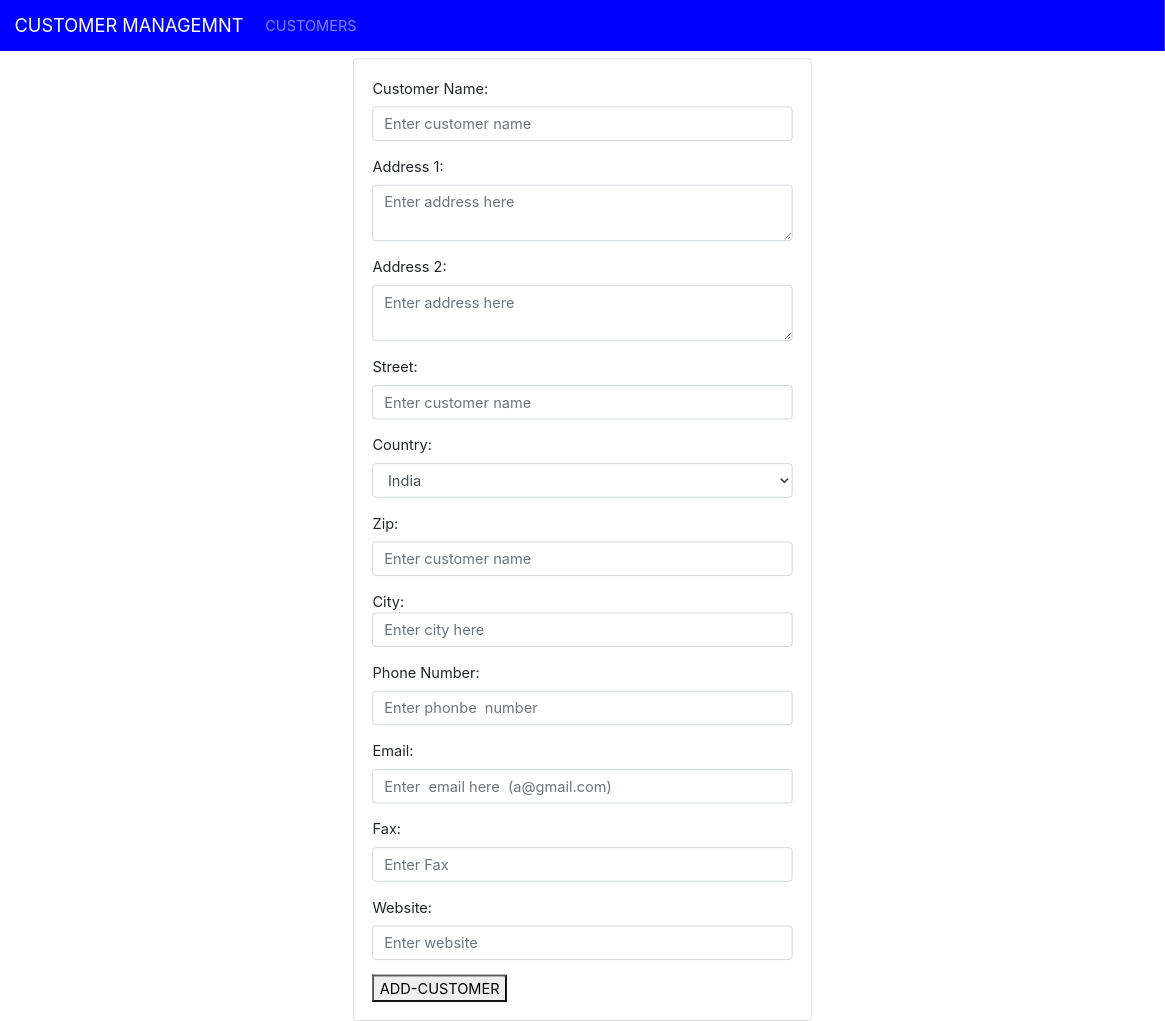
Repository: shruti-2522/webdirekt-assignment
Page: http://localhost/Customer-Project/customer-form.jsp
The author's editor kept a copy of each file at every save. The page is drawn from the files as they stood at one save, then again after the next save.
The browser window is 1280 px wide. The pictures show the whole page, at 91% of full size.
The page is served by Tomcat 9. Other server files are loaded and not shown.

Above is the page before, as saved 2021-07-05 10:44:05.

### Customer-Project/src/main/webapp/customer-form.jsp
<%@ page language="java" contentType="text/html; charset=ISO-8859-1"
	pageEncoding="ISO-8859-1"%>
<!DOCTYPE html>
<html>
<head>
<meta charset="ISO-8859-1">
<title>Add Customer</title>
<link rel="stylesheet"
	href="https://cdn.jsdelivr.net/npm/bootstrap@4.5.3/dist/css/bootstrap.min.css"
	integrity="sha384-TX8t27EcRE3e/ihU7zmQxVncDAy5uIKz4rEkgIXeMed4M0jlfIDPvg6uqKI2xXr2"
	crossorigin="anonymous">
</head>
<body>

	<header>
		<nav class="navbar navbar-expand-md navbar-dark"
			style="background-color: blue">
			<div>
				<a class="navbar-brand">CUSTOMER MANAGEMNT</a>
			</div>

			<ul class="navbar-nav">
				<li><a href="<%=request.getContextPath()%>/list"
					class="nav-link">CUSTOMERS</a></li>
			</ul>
		</nav>


	</header>

	<div class="container col-md-5 mt-2">
		<div class="card">
			<div class="card-body">

				<fieldset class="form-group">
					<label>Customer Name:</label> <input type="text"
						class="form-control" placeholder="Enter customer name" name="name"
						required>
				</fieldset>


				<fieldset class="form-group">
					<label>Address 1:</label>
					<textarea class="form-control" name="addr1"
						placeholder="Enter address here"></textarea>
				</fieldset>



				<fieldset class="form-group">
					<label>Address 2:</label>
					<textarea class="form-control" name="addr2"
						placeholder="Enter address here"></textarea>
				</fieldset>

				<fieldset class="form-group">
					<label>Street:</label> <input type="text" class="form-control"
						placeholder="Enter customer name" name="street">
				</fieldset>


				<fieldset class="form-group">
					<label>Country:</label> <select name="country" class="form-control">
						<option>India</option>
						<option>America</option>
						<option>Chin</option>
						<option>Other</option>
					</select>
				</fieldset>

				<fieldset class="form-group">
					<label>Zip:</label> <input type="number" class="form-control"
						placeholder="Enter customer name" name="zip">
				</fieldset>


				<fieldset class="form-group">
					<labell>City:</label> <input type="text" class="form-control"
						placeholder="Enter city here" name="city">
				</fieldset>

				<fieldset class="form-group">
					<label>Phone Number:</label> <input type="number"
						class="form-control" placeholder="Enter phonbe  number"
						name="phone">
				</fieldset>
				<fieldset class="form-group">
					<label>Email:</label> <input type="number" class="form-control"
						placeholder="Enter  email here  (a@gmail.com)" name="email">
				</fieldset>

				<fieldset class="form-group">
					<label>Fax:</label> <input type="number" class="form-control"
						placeholder="Enter Fax" name="fax">
				</fieldset>
				<fieldset class="form-group">
					<label>Website:</label> <input type="number" class="form-control"
						placeholder="Enter website" name="web">
				</fieldset>



				<button type="submit" classs="btn  btn-success">ADD-CUSTOMER</button>
			</div>

		</div>
	</div>




</body>
</html>

After the next save:
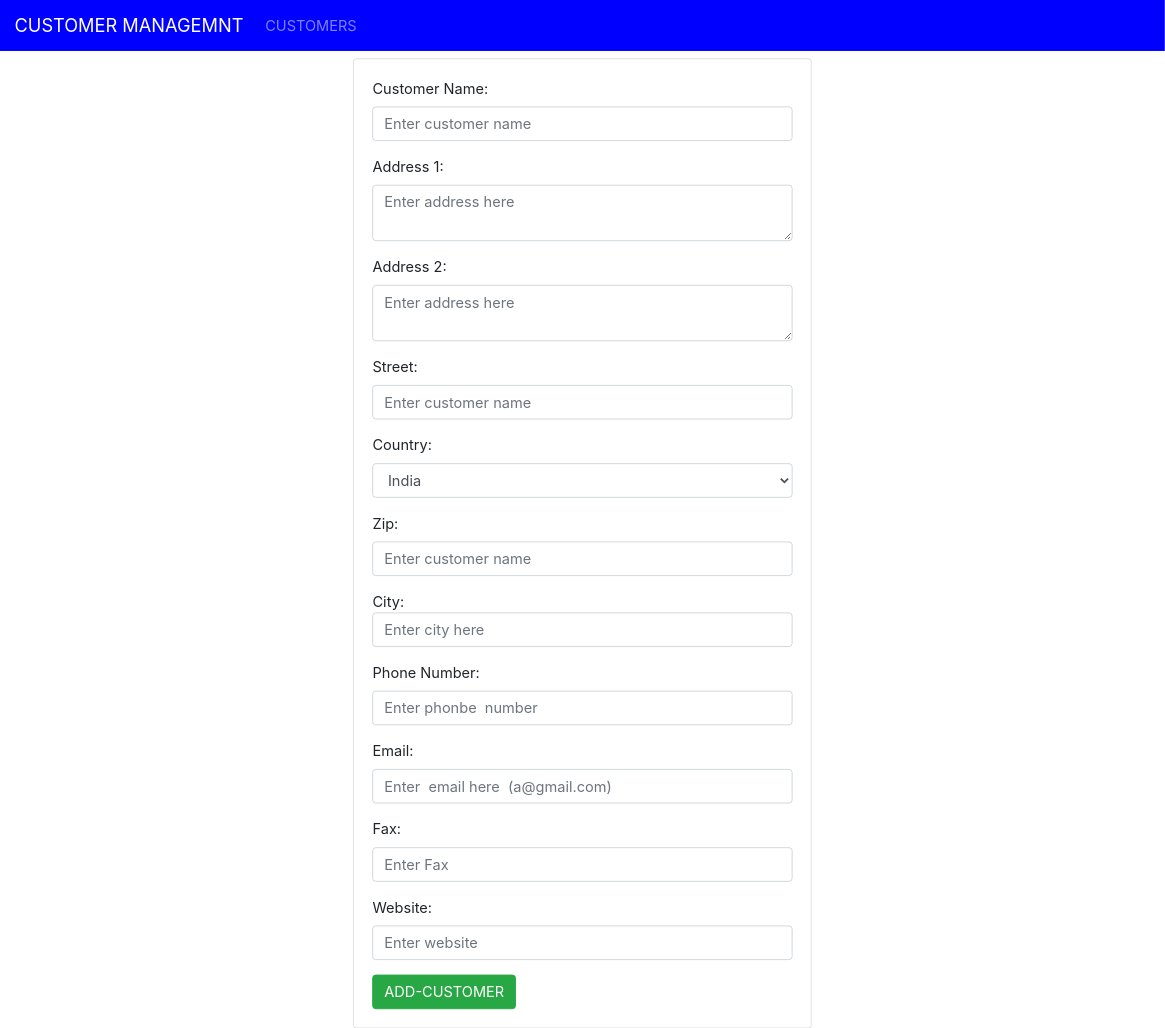
Saved 9 s later.
--- a/Customer-Project/src/main/webapp/customer-form.jsp
+++ b/Customer-Project/src/main/webapp/customer-form.jsp
@@ -100,7 +100,7 @@
 
 
 
-				<button type="submit" classs="btn  btn-success">ADD-CUSTOMER</button>
+				<button type="submit" class="btn  btn-success">ADD-CUSTOMER</button>
 			</div>
 
 		</div>
